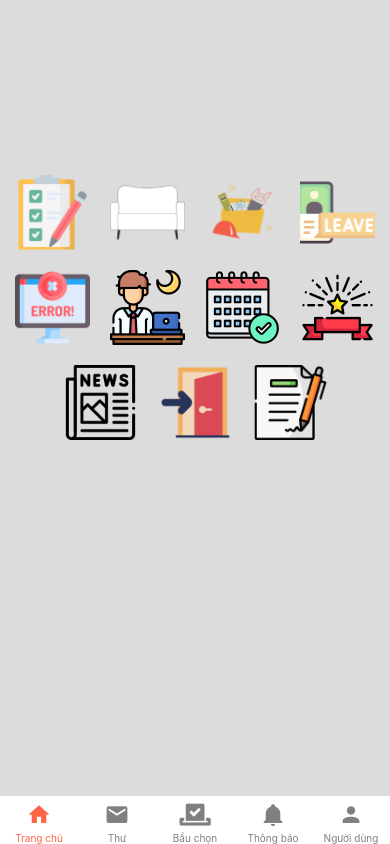
Repository: diepdung02/AppPTC
Page: /Home
The author's editor kept a copy of each file at every save. The page is drawn from the files as they stood at one save, then again after the next save.
The browser window is 390 px wide. The pictures show the whole page.
The page's requests for data from a server got no answer. The app was drawn by React Native's web renderer in a window 390 px wide. The project was rebuilt for these pictures with package versions that can differ from the ones it lists, and the page was loaded fresh each time. No one was signed in, and anything a server would have sent is missing. Also part of the build but not shown: screen/home/MailScreen.tsx, screen/home/NotificationScreen.tsx, screen/home/UserScreen.tsx, screen/home/VoteScreen.tsx.

Above is the page before, as saved 2024-06-30 15:23:25.

After the next save:
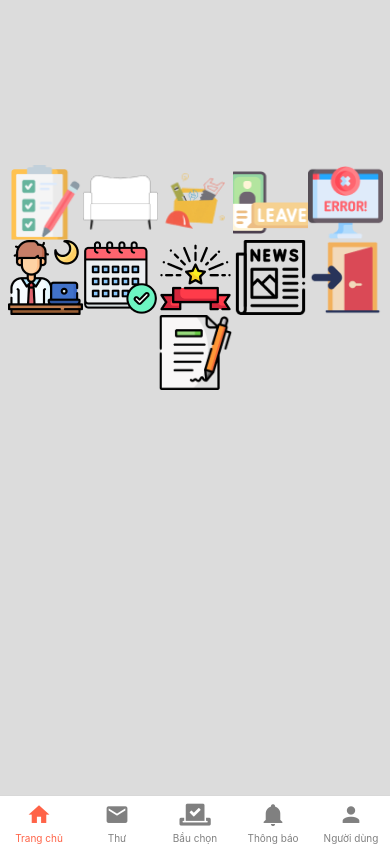
Saved 69 s later.
--- a/screen/home/HomeScreen.tsx
+++ b/screen/home/HomeScreen.tsx
@@ -109,7 +109,6 @@
   icon: {
     width: 75,
     height: 75,
-    margin: 10,
   },
 });
 

After the save that followed:
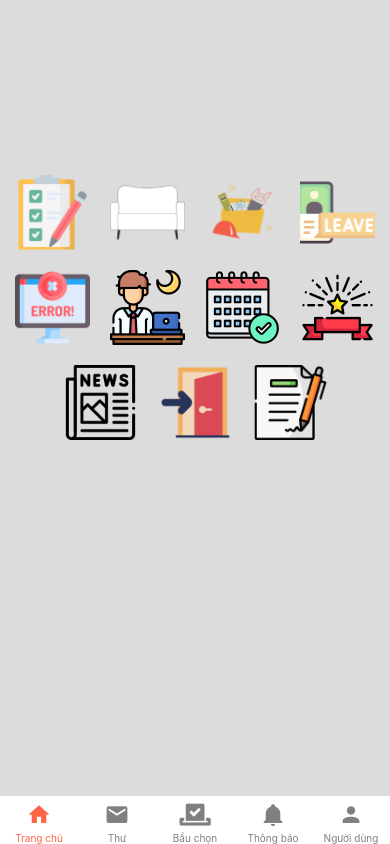
Saved 5 s later.
--- a/screen/home/HomeScreen.tsx
+++ b/screen/home/HomeScreen.tsx
@@ -109,6 +109,7 @@
   icon: {
     width: 75,
     height: 75,
+    margin: 10,
   },
 });
 
